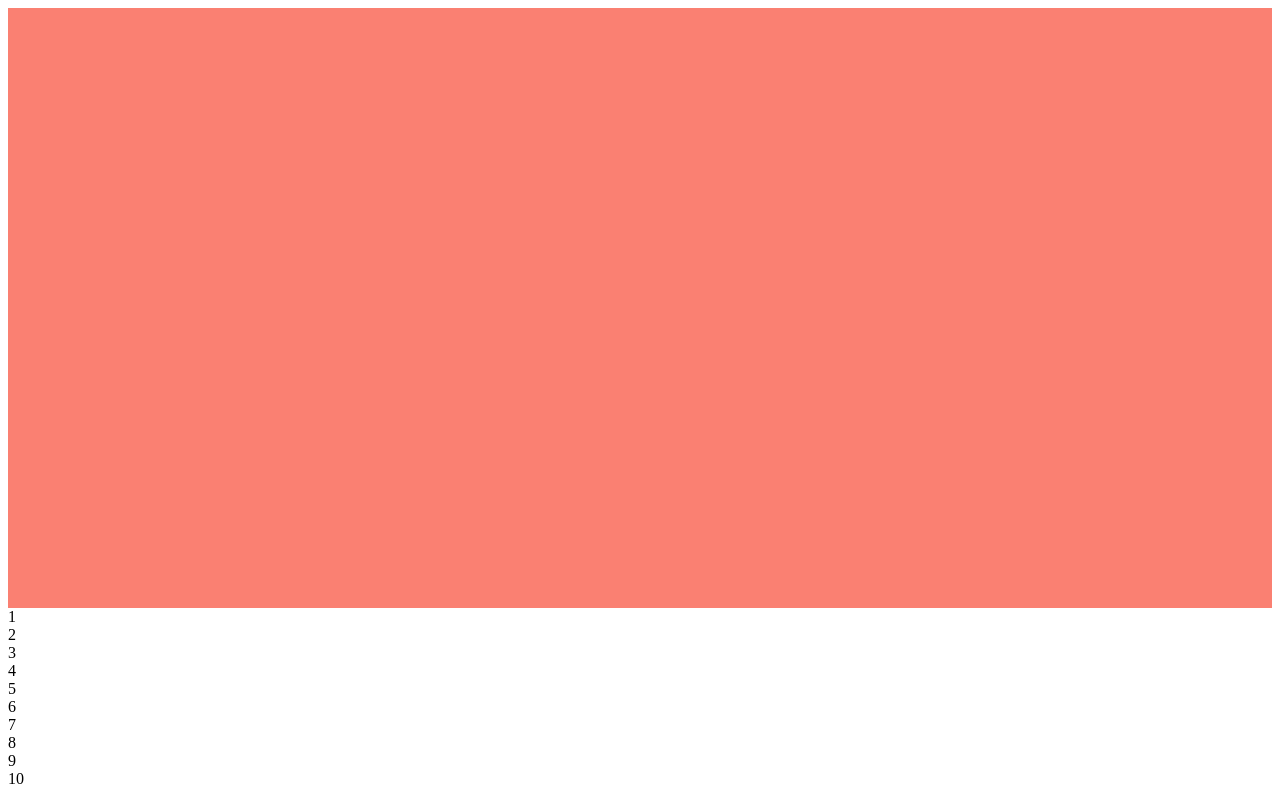
Repository: DinkarRavi/Dinkar_Coding
Page: 22aug24/grid.html
The author's editor kept a copy of each file at every save. The page is drawn from the files as they stood at one save, then again after the next save.
The browser window is 1280 px wide. The pictures show the whole page.

Above is the page before, as saved 2024-08-22 14:52:24.

After the next save:
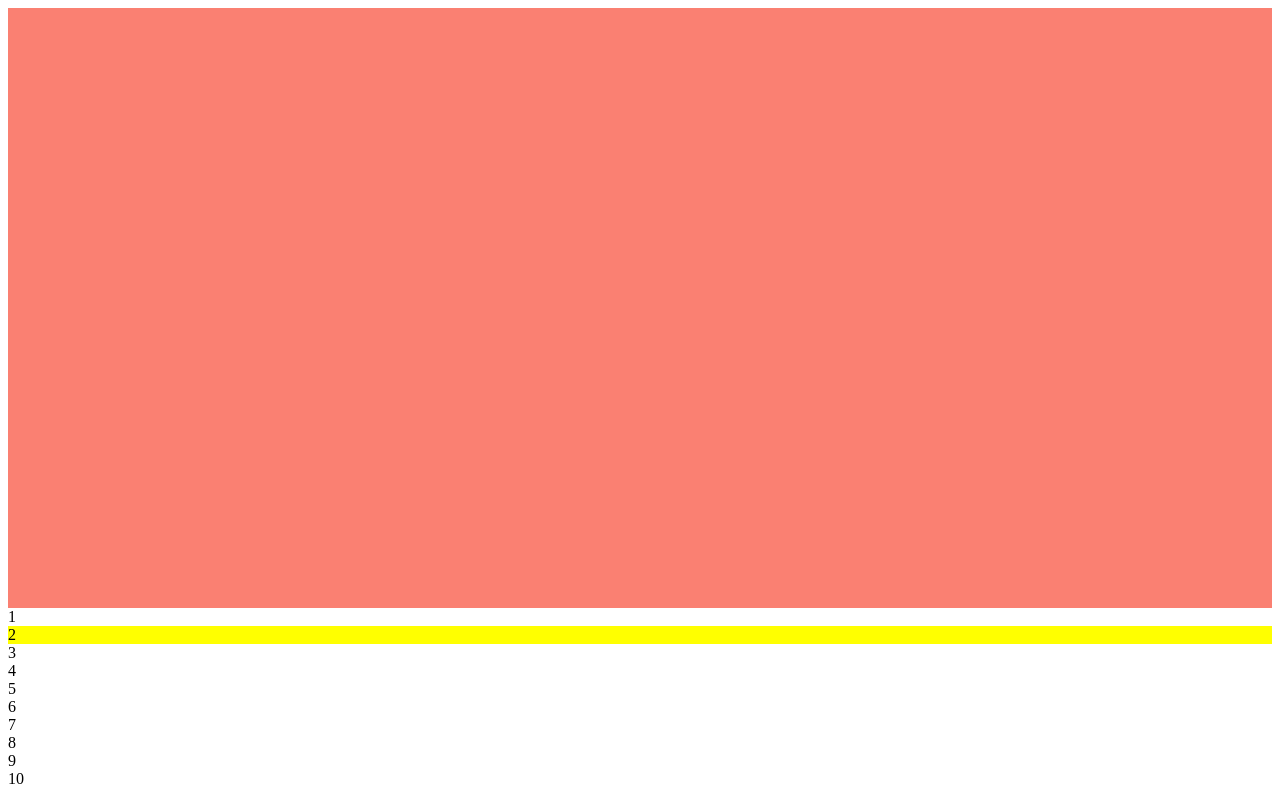
Saved 43 s later.
--- a/22aug24/grid.css
+++ b/22aug24/grid.css
@@ -5,5 +5,18 @@
 background-color: salmon;
 height: 600px;
 }
-div
+div /* Selects the second element of div siblings */
+div:nth-child(2) {
+  background: red;
 }
+
+/* Selects the second li element in a list */
+li:nth-child(2) {
+  background: lightgreen;
+}
+
+/* Selects every third element among any group of siblings */
+:nth-child(3) {
+  background: yellow;
+}
+}
